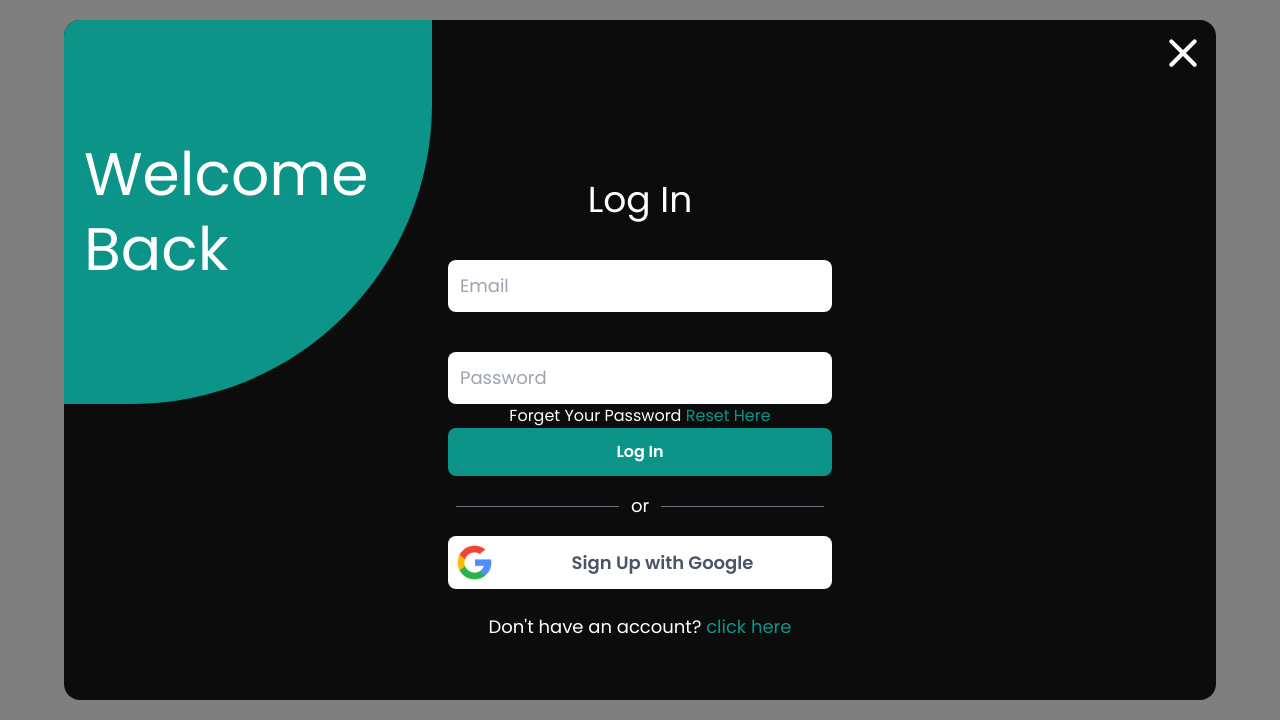
Repository: Ahmed77669/GT-Exams
Page: /
An editor plug-in stored every save of this project. The page is shown before and after the next save, followed by the edit.
The browser window is 1280 px wide. The pictures show the whole page.
The project was rebuilt for these pictures with package versions that can differ from the ones it lists, and the page was loaded fresh each time. The framework's server and built-in components were replaced by stand-ins that run in the browser. Also part of the build but not shown: next.config.mjs.

Above is the page before, as saved 2024-10-04 21:22:20.

### app/page.tsx
'use client'
import Login from "@/components/login";
import NavBarHome from "@/components/Navbar";
import Signup from "@/components/signup";
import Image from "next/image";

export default function Home() {
  return (
    <main>
<div className="fixed top-0 left-0 w-full h-full bg-black bg-opacity-50 flex justify-center items-center z-[1000]">
<div className="p-5 rounded-lg max-w-[1600px] w-full">
      <Login/>
      </div>
      </div>
          </main>
  );
}

### components/login.tsx
import React, { useState } from 'react';
import { Poppins } from "next/font/google";
import { CloseRounded } from '@mui/icons-material';
import { IconButton } from '@mui/material';
import google from '@/public/google.png';
import Image from 'next/image';
import { useRouter } from 'next/navigation';
import { motion } from 'framer-motion';


const poppins = Poppins({
  subsets: ["latin"],
  weight: ["100", "200", "300", "400", "500", "600", "700"],
});

interface LoginProps {
  closeSignup: () => void;
  toggleForm: (formType: 'signup' | 'resetPassword') => void;
}

const pageVariants = {
  hidden: { opacity: 0, y: -20 },
  visible: { opacity: 1, y: 0, transition: { duration: 0.7 } },
};

const Login: React.FC<LoginProps> = ({ closeSignup, toggleForm }) => {
  const route = useRouter();

  const handleSubmit = (event: React.FormEvent) => {
    event.preventDefault();
    route.push('./home');
  };




  return (
    <motion.div variants={pageVariants} initial="hidden" animate="visible">
      <section className={poppins.className}>
        <div className="flex justify-center items-center h-screen ">
          <div className="bg-black/90 w-full max-w-6xl rounded-2xl min-h-[680px]">
            <div className="grid md:grid-cols-3 gap-6 text-white">
              <div className="bg-teal-600 w-full h-96 rounded-tl-2xl rounded-br-[300px] flex items-center">
                <h1 className="text-6xl ml-5 leading-[1.25]">Welcome Back</h1>
              </div>
              <div className="flex flex-col items-center justify-center mt-40">
                <p className="text-center mb-10 text-4xl">Log In</p>
                <form className="flex flex-col items-center" onSubmit={handleSubmit}>
                  <input
                    type="email"
                    name="email"
                    className="text-field w-96 text-lg p-3 mb-10 rounded-lg text-black"
                    placeholder="Email"
                    required
                  />
                  <input
                    type="password"
                    name="password"
                    className="text-field w-96 text-lg p-3  rounded-lg text-black"
                    placeholder="Password"
                    required
                  />
                  <div className='flex justify-start'>
                                    <p className="text-m">
                    Forget Your Password{" "}
                    <span
                      className="text-teal-600 cursor-pointer"
                      onClick={() => toggleForm("signup")}
                    >
                      Reset Here
                    </span>
                  </p>
                  </div>
                  <button className="w-96 bg-teal-600 text-white p-3 rounded-lg hover:opacity-90 font-semibold">
                    Log In
                  </button>
                </form>
                <div className="flex items-center mt-4 w-full">
                  <hr className="flex-1 border-t border-gray-500" />
                  <p className="mx-3 text-lg">or</p>
                  <hr className="flex-1 border-t border-gray-500" />
                </div>
                <div className="flex justify-center mt-4">
                  <button className="w-96 bg-white text-gray-600 p-1 rounded-lg flex items-center hover:opacity-90">
                    <Image src={google} alt="google icon" width={45} />
                    <span className="flex-1 text-center text-lg font-semibold">Sign Up with Google</span>
                  </button>
                </div>
                <div className="text-center mt-6">
                  <p className="text-lg">
                    Don't have an account?{" "}
                    <span
                      className="text-teal-600 cursor-pointer"
                      onClick={() => toggleForm("signup")}
                    >
                      click here
                    </span>
                  </p>
                </div>
              </div>
              <div className="flex justify-end  items-start ">
                <IconButton aria-label="close" onClick={closeSignup} className="m-5">
                  <CloseRounded className="text-white" style={{ fontSize: "50px" }} />
                </IconButton>
              </div>
            </div>
          </div>
        </div>
      </section>
    </motion.div>
  );
};

export default Login;

Loaded but not shown: app/layout.tsx (common file); app/globals.css (common file); tailwind.config.ts (common file)

After the next save:
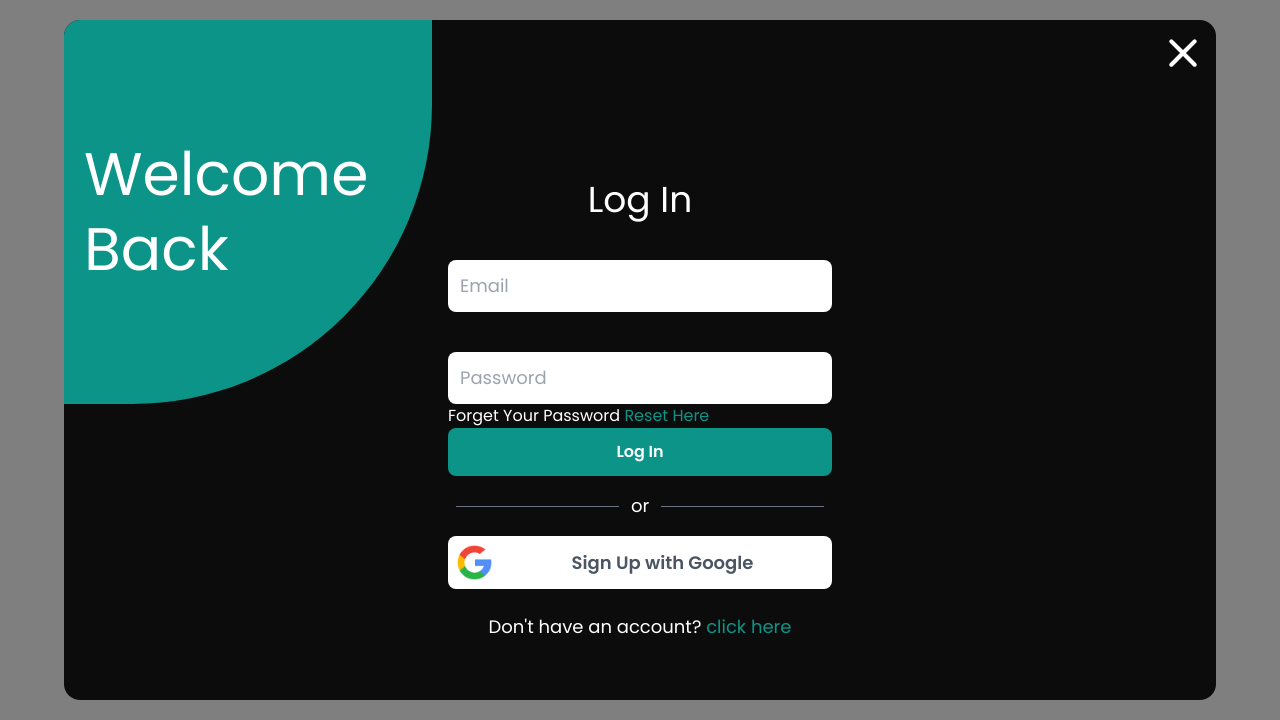
Saved 32 s later.
--- a/components/login.tsx
+++ b/components/login.tsx
@@ -60,7 +60,7 @@ const Login: React.FC<LoginProps> = ({ closeSignup, toggleForm }) => {
                     placeholder="Password"
                     required
                   />
-                  <div className='flex justify-start'>
+                  <div className='flex justify-start w-full'>
                                     <p className="text-m">
                     Forget Your Password{" "}
                     <span
